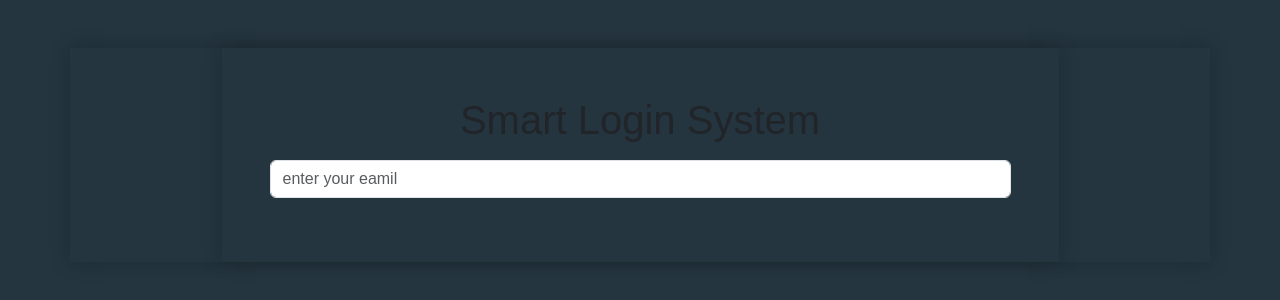
Repository: bodajava/TASK-4
Page: index.html
The author's editor kept a copy of each file at every save. The page is drawn from the files as they stood at one save, then again after the next save.
The browser window is 1280 px wide. The pictures show the whole page.

Above is the page before, as saved 2025-06-16 18:27:14.

### index.html
<!DOCTYPE html>
<html lang="en">
  <head>
    <link rel="stylesheet" href="CSS/all.min.css" />
    <link rel="stylesheet" href="CSS/bootstrap.css" />
    <link rel="stylesheet" href="CSS/style.css" />
    <meta charset="UTF-8" />
    <meta name="viewport" content="width=device-width, initial-scale=1.0" />
    <title>Document</title>
  </head>
  <body>
    <div id="item" class="container my-5 text-center">
      <div id="item" class="m-auto w-75 p-5">
        <h1>Smart Login System</h1>
        <input
          type="text"
          class="form-control my-3"
          placeholder="enter your eamil"
          id="signinEmail"
        />
      </div>
    </div>

    <script src="js/bootstrap.bundle.min.js"></script>
    <script src="js/index.js"></script>
  </body>
</html>

### CSS/style.css
* {
  padding: 0;
  margin: 0;
  box-sizing: border-box;
}

body {
  background-color: #24353f;

  display: flex;
  justify-content: center;
  align-items: center;
  font-family: Arial, sans-serif;
}

#item {
  box-shadow: 0 0 20px rgba(0, 0, 0, 0.2);
}

#ITEM_2 {
  margin-left: 0px !important;
  margin-right: 0px !important;
}

Loaded but not shown: CSS/all.min.css (library); CSS/bootstrap.css (library); js/bootstrap.bundle.min.js (library); js/index.js (no copy from this time; the picture is the same without it)

After the next save:
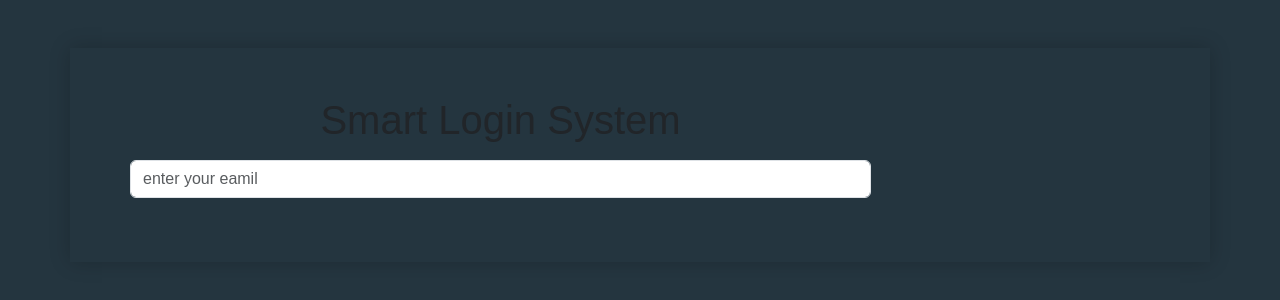
Saved 1 s later.
--- a/index.html
+++ b/index.html
@@ -10,7 +10,7 @@
   </head>
   <body>
     <div id="item" class="container my-5 text-center">
-      <div id="item" class="m-auto w-75 p-5">
+      <div id="ITEM_2" class="m-auto w-75 p-5">
         <h1>Smart Login System</h1>
         <input
           type="text"

After the save that followed:
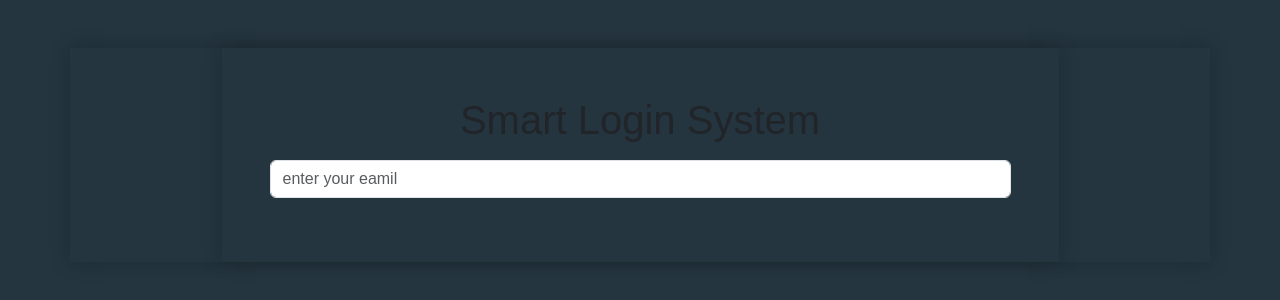
Saved 15 s later.
--- a/index.html
+++ b/index.html
@@ -10,7 +10,7 @@
   </head>
   <body>
     <div id="item" class="container my-5 text-center">
-      <div id="ITEM_2" class="m-auto w-75 p-5">
+      <div id="item" class="m-auto w-75 p-5">
         <h1>Smart Login System</h1>
         <input
           type="text"
